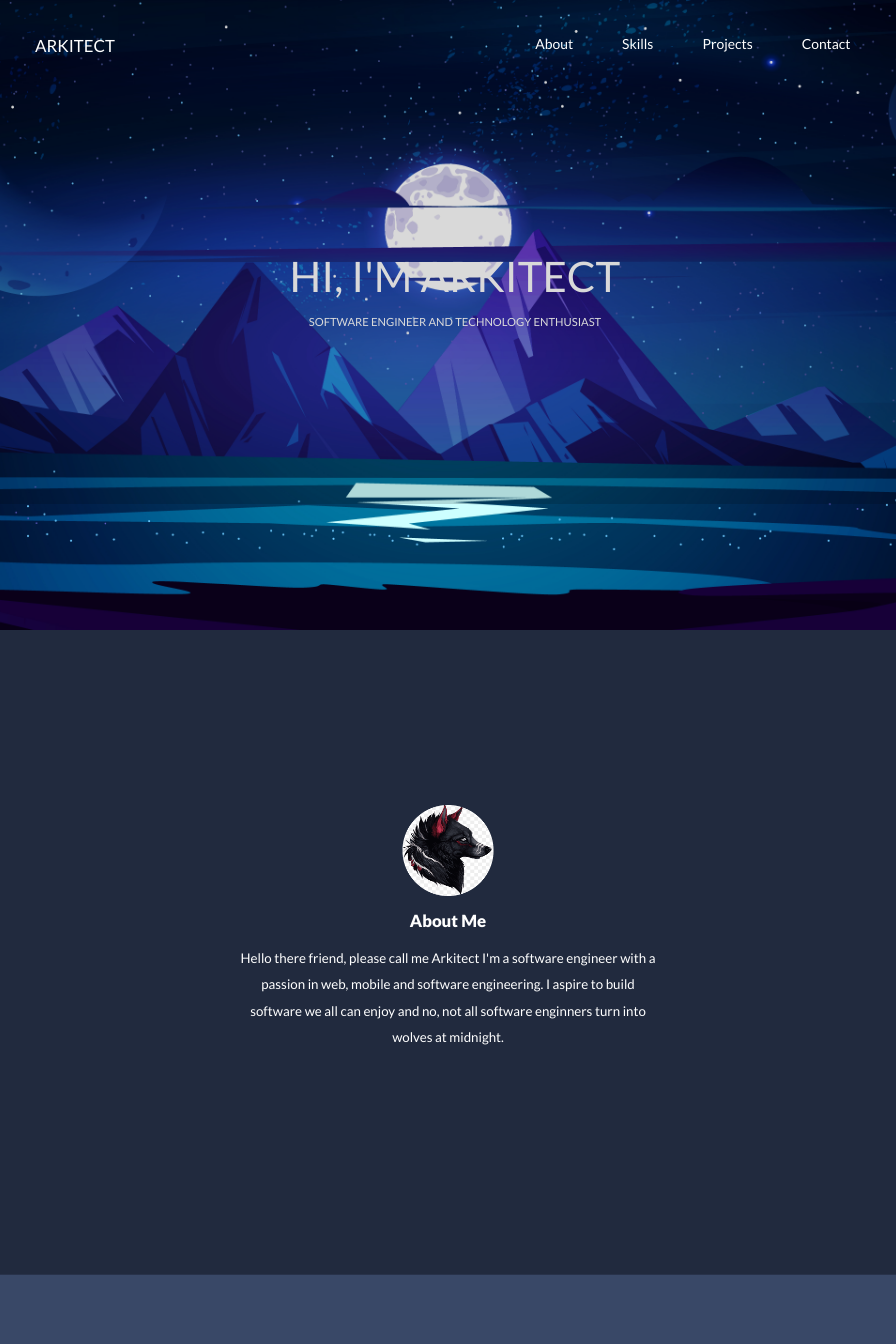
Repository: Arkitecth/personal-site
Page: index.html
The author's editor kept a copy of each file at every save. The page is drawn from the files as they stood at one save, then again after the next save.
The browser window is 1280 px wide. The pictures show the part of the page from y = 0 to 1920 px (the page is 3653 px tall), at 70% of full size.

Above is the page before, as saved 2023-08-20 14:43:49.

After the next save:
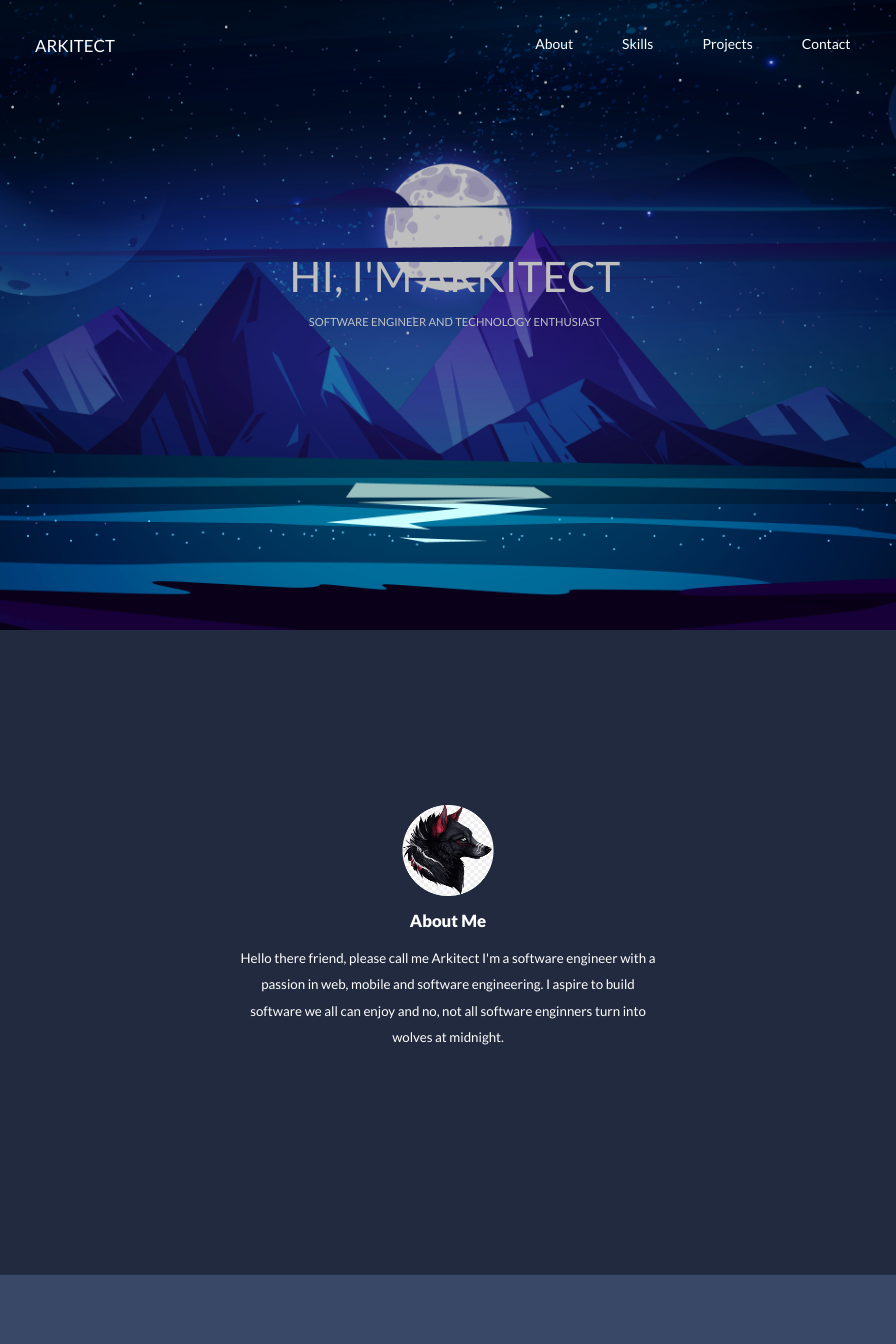
Saved 6 s later.
--- a/styles.css
+++ b/styles.css
@@ -38,7 +38,7 @@
     top: 0;
     left: 0;
     width: 100%;
-    opacity: 0.15;
+    opacity: 0.25;
     height: 100%;
 }
 
